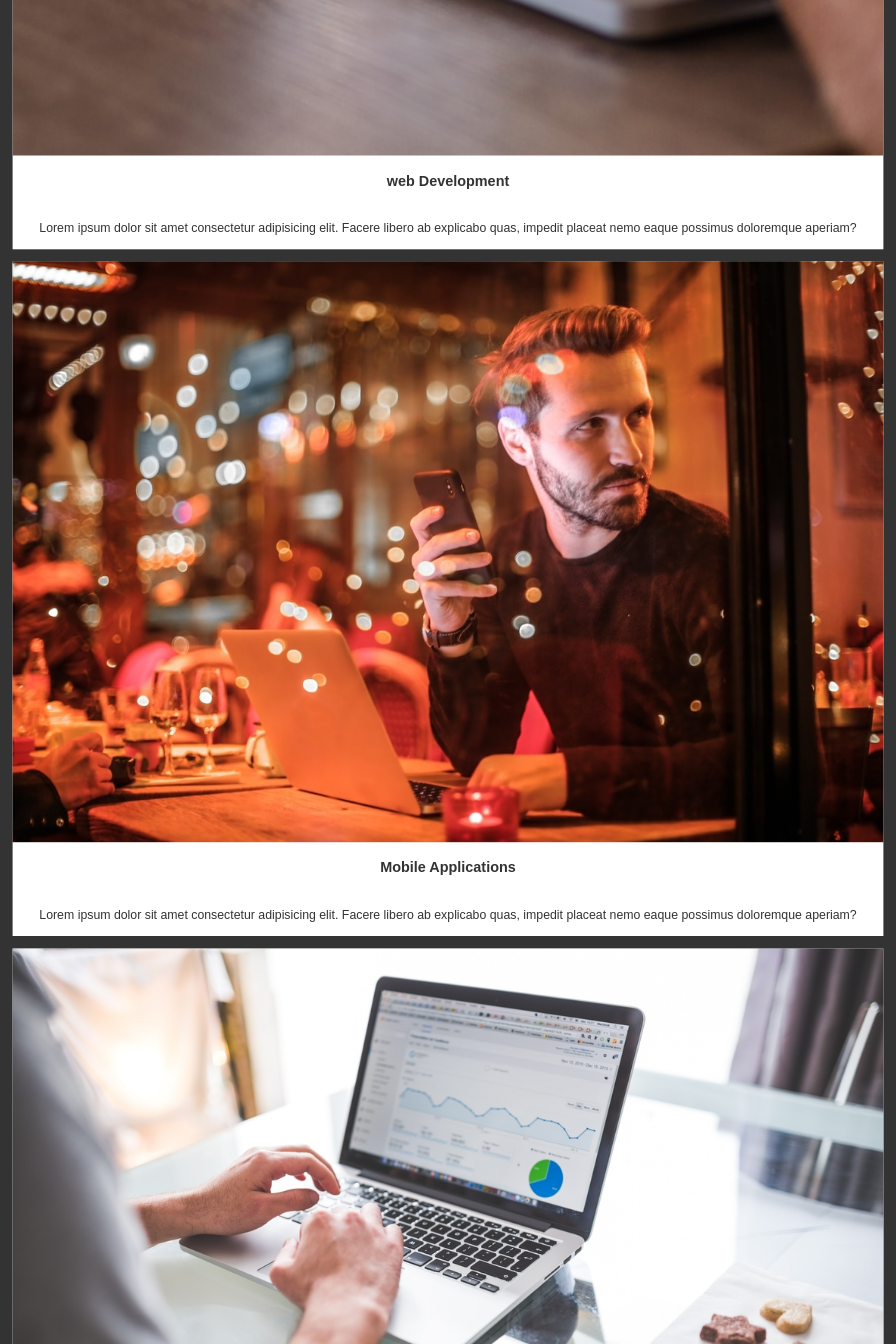
Repository: ErikBaer/MobileFirst
Page: index.html
These files come from the project's save history. The page is drawn as it stood at one moment and after the next save; the edit follows.
The browser window is 1280 px wide. The pictures show the part of the page from y = 1303 to 3223 px (the page is 4259 px tall before and 4417 px after), at 70% of full size.

Above is the page before, as saved 2020-02-15 03:12:03.

After the next save:
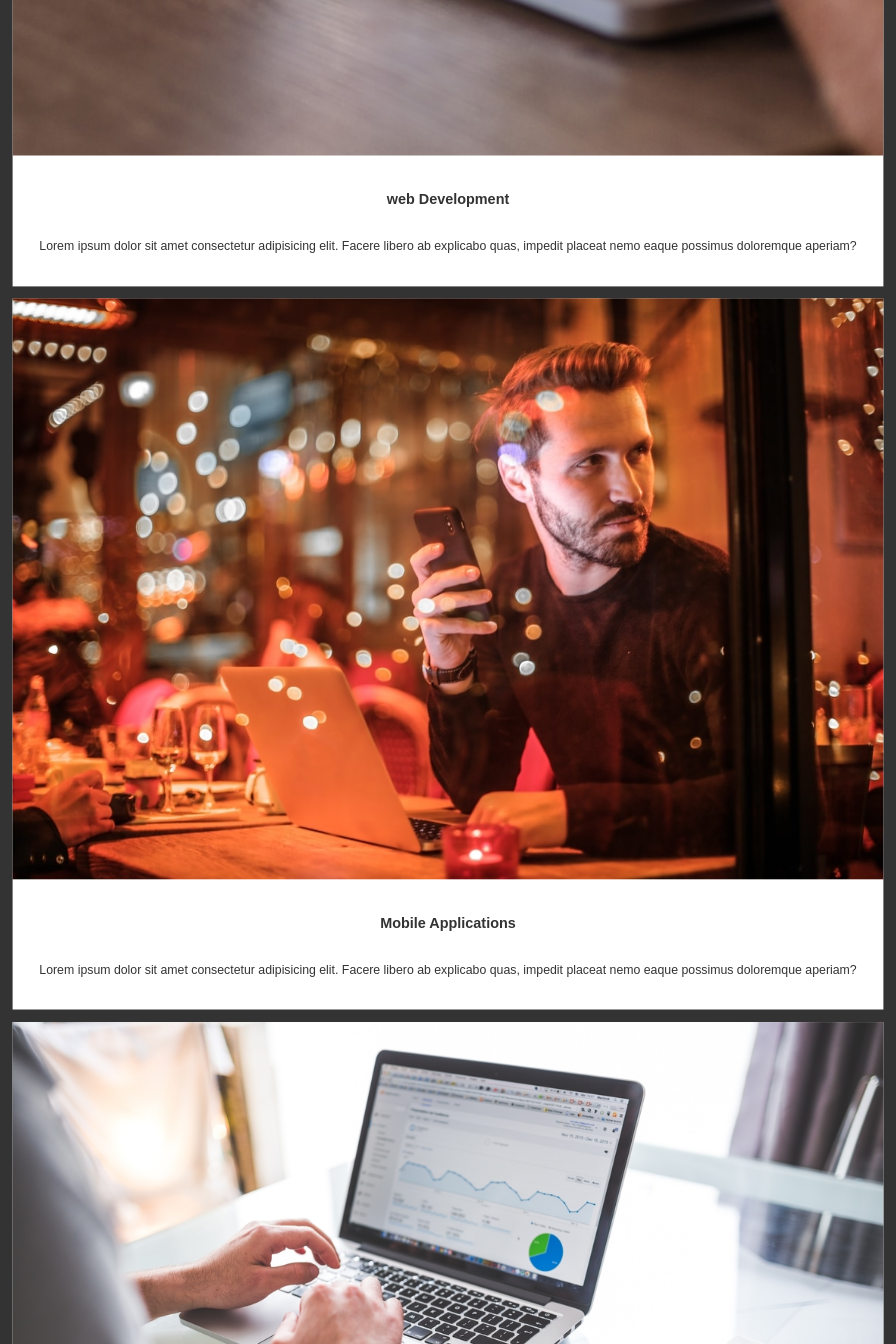
Saved 85 s later.
--- a/style.css
+++ b/style.css
@@ -97,3 +97,7 @@ p {
     color: #333;
 
 }
+
+.card-content {
+    padding: 1.5em;
+}
